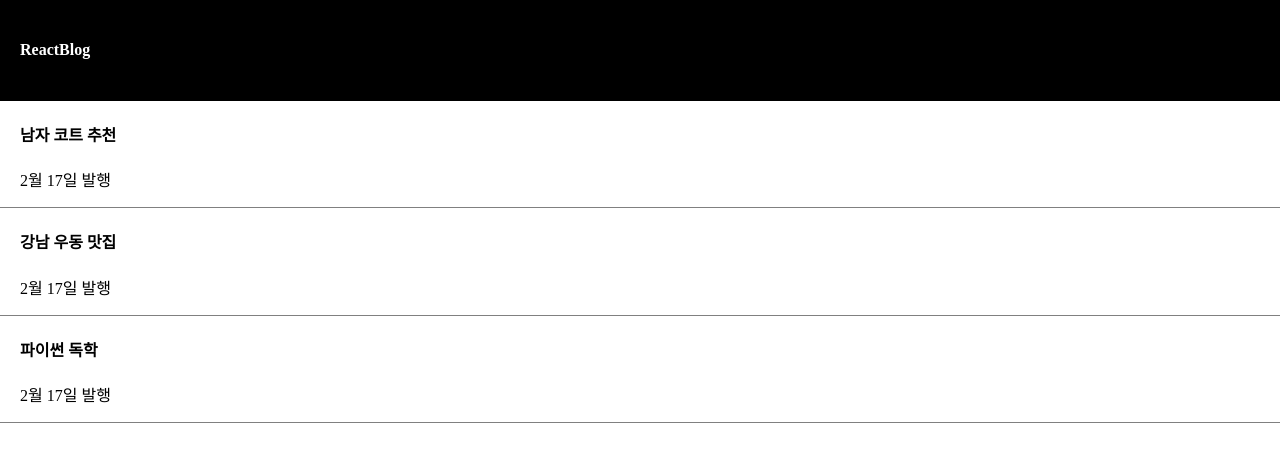
Repository: thinkseaweave/applecoding
Page: /
The author's editor kept a copy of each file at every save. The page is drawn from the files as they stood at one save, then again after the next save.
The browser window is 1280 px wide. The pictures show the whole page.
The project was rebuilt for these pictures with package versions that can differ from the ones it lists, and the page was loaded fresh each time. Also part of the build but not shown: vite.config.js, src/index.css.

Above is the page before, as saved 2025-01-26 14:18:33.

### src/App.jsx
/* eslint-disable */

import { useState } from "react";
import "./App.css";

function App() {
  const post = "강남 우동 맛집";
  let [글제목, b] = useState([
    "남자 코트 추천",
    "강남 우동 맛집",
    "파이썬 독학",
  ]);

  return (
    <div className="App">
      <div className="black-nav">
        <h4>ReactBlog</h4>
      </div>
      <div className="list">
        <h4>{글제목[0]}</h4>
        <p> 2월 17일 발행</p>
      </div>
      <div className="list">
        <h4>{글제목[1]}</h4>
        <p> 2월 17일 발행</p>
      </div>
      <div className="list">
        <h4>{글제목[2]}</h4>
        <p> 2월 17일 발행</p>
      </div>
      {/* <h4 style={{ color: "blue", fontSize: "30px" }}>{post}</h4> */}
    </div>
  );
}

export default App;

### src/App.css
body {
  margin: 0;
}

div {
  box-sizing: border-box;
}
.list {
  text-align: left;
  padding-left: 20px;
  border-bottom: 1px solid grey;
}

.black-nav {
  background: black;
  width: 100%;
  display: flex;
  color: white;
  padding: 20px;
}

Loaded but not shown: index.html (common file); src/main.jsx (common file)

After the next save:
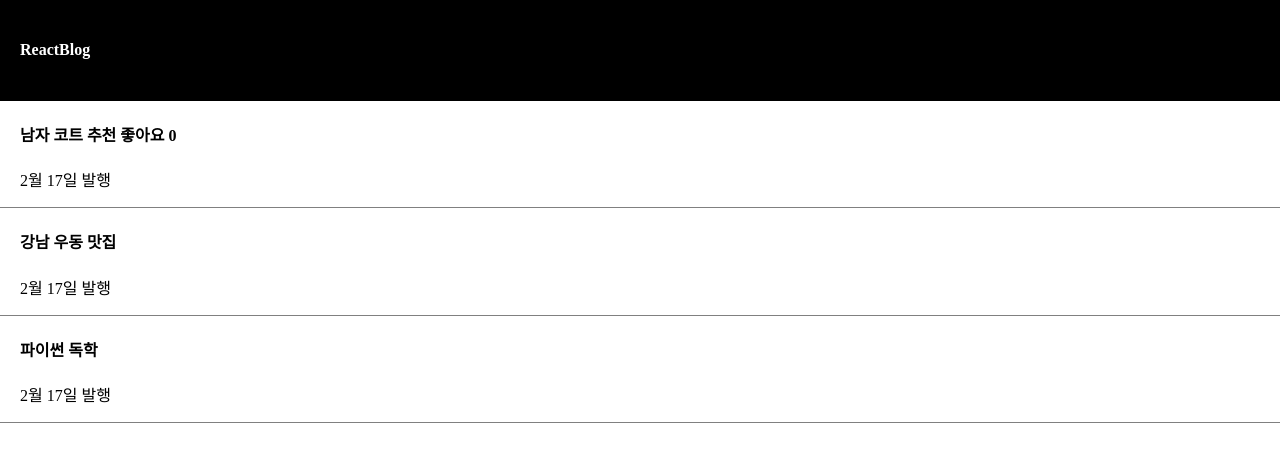
Saved 56 s later.
--- a/src/App.jsx
+++ b/src/App.jsx
@@ -17,7 +17,9 @@ function App() {
         <h4>ReactBlog</h4>
       </div>
       <div className="list">
-        <h4>{글제목[0]}</h4>
+        <h4>
+          {글제목[0]} <span>좋아요</span> 0{" "}
+        </h4>
         <p> 2월 17일 발행</p>
       </div>
       <div className="list">
